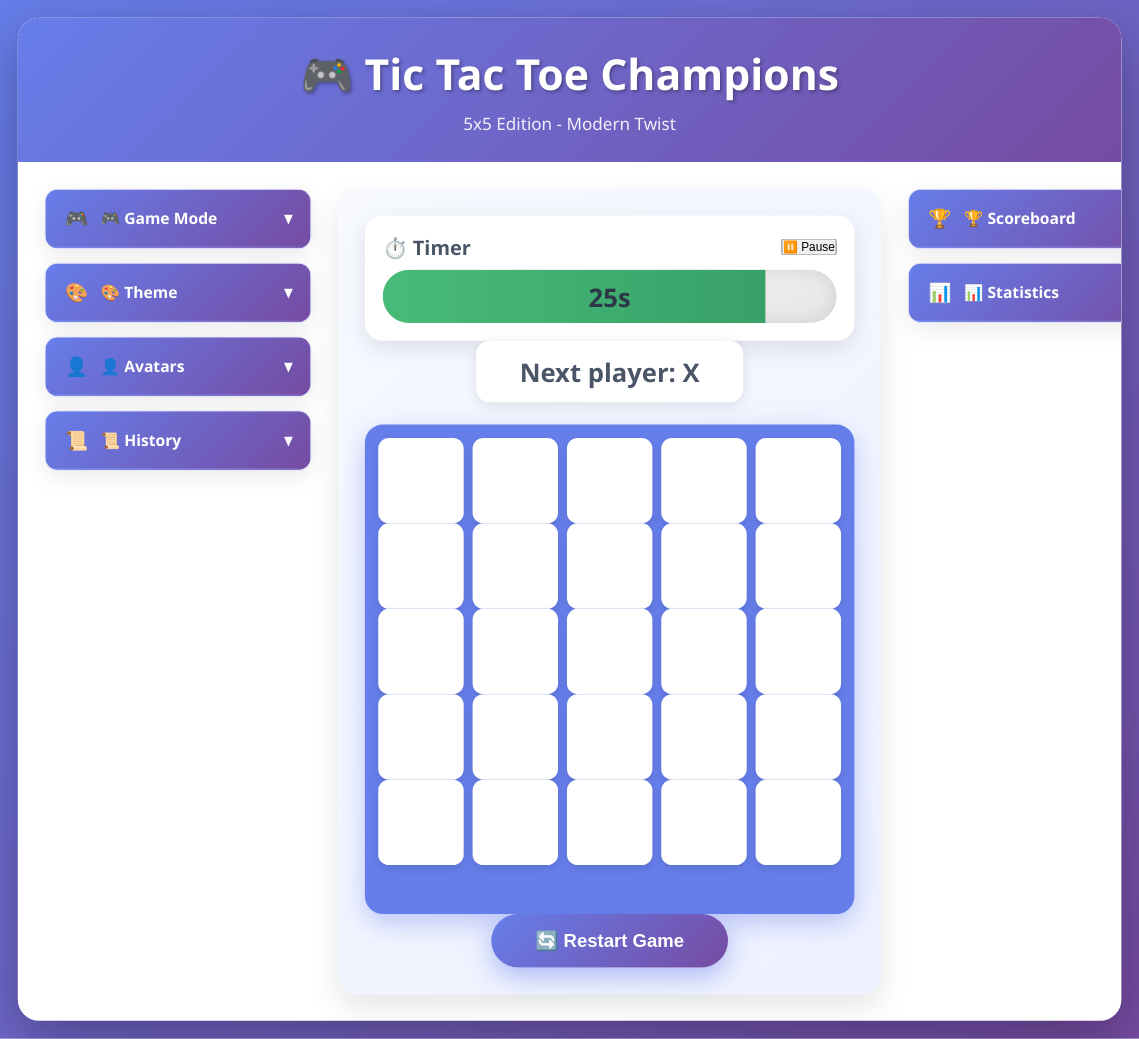
Repository: sofia123776/TIC-TAC-TOE
Page: /
An editor plug-in stored every save of this project. The page is shown before and after the next save, followed by the edit.
The browser window is 1280 px wide. The pictures show the whole page, at 89% of full size.
The project was rebuilt for these pictures with package versions that can differ from the ones it lists, and the page was loaded fresh each time. Also part of the build but not shown: vite.config.js.

Above is the page before, as saved 2025-12-09 17:51:17.

After the next save:
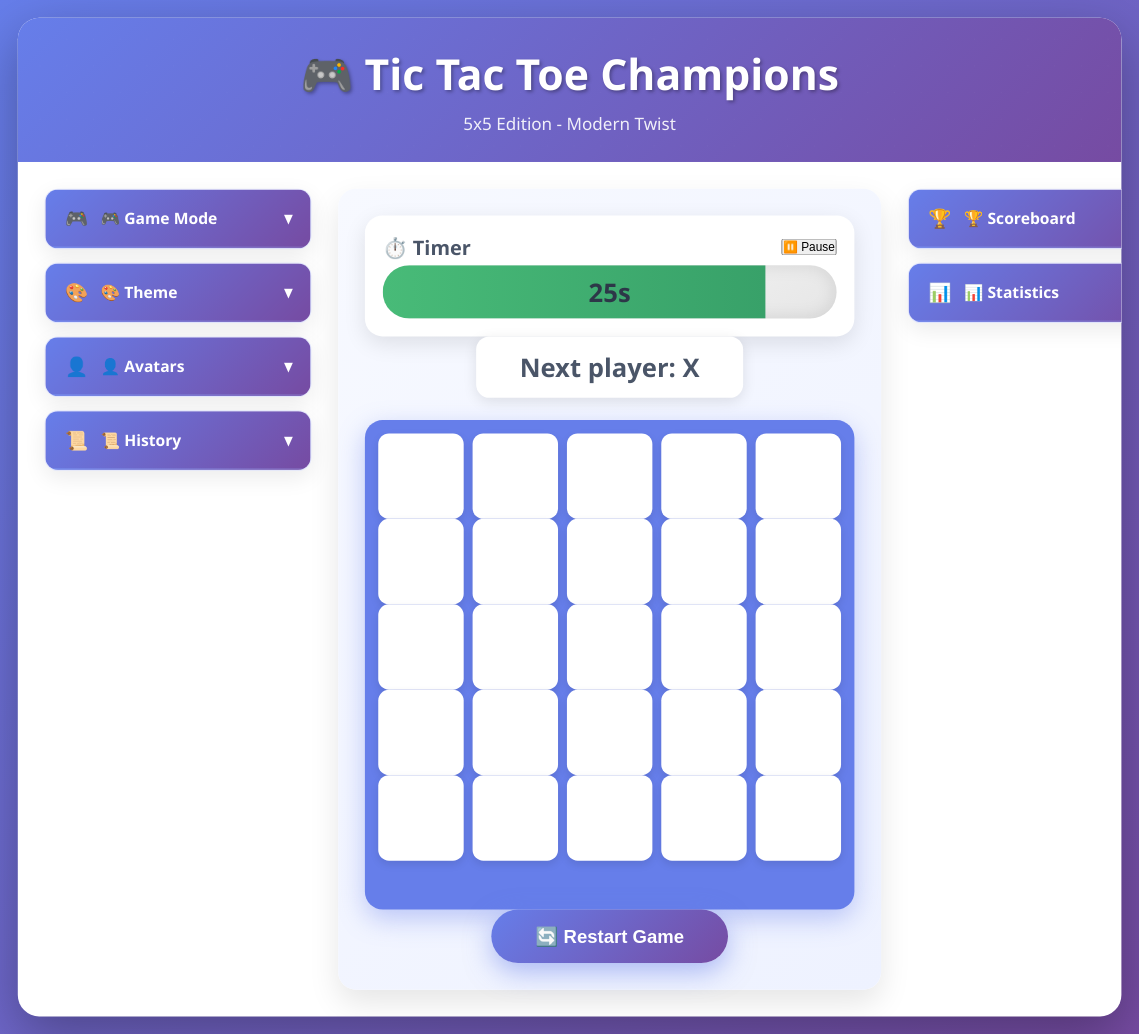
Saved 15 s later.
--- a/src/App.css
+++ b/src/App.css
@@ -399,7 +399,7 @@ body {
   display: flex;
   justify-content: space-between;
   align-items: center;
-  margin-bottom: 10px;
+  margin-bottom: 5px;
 }
 
 .timer-header h3 {
